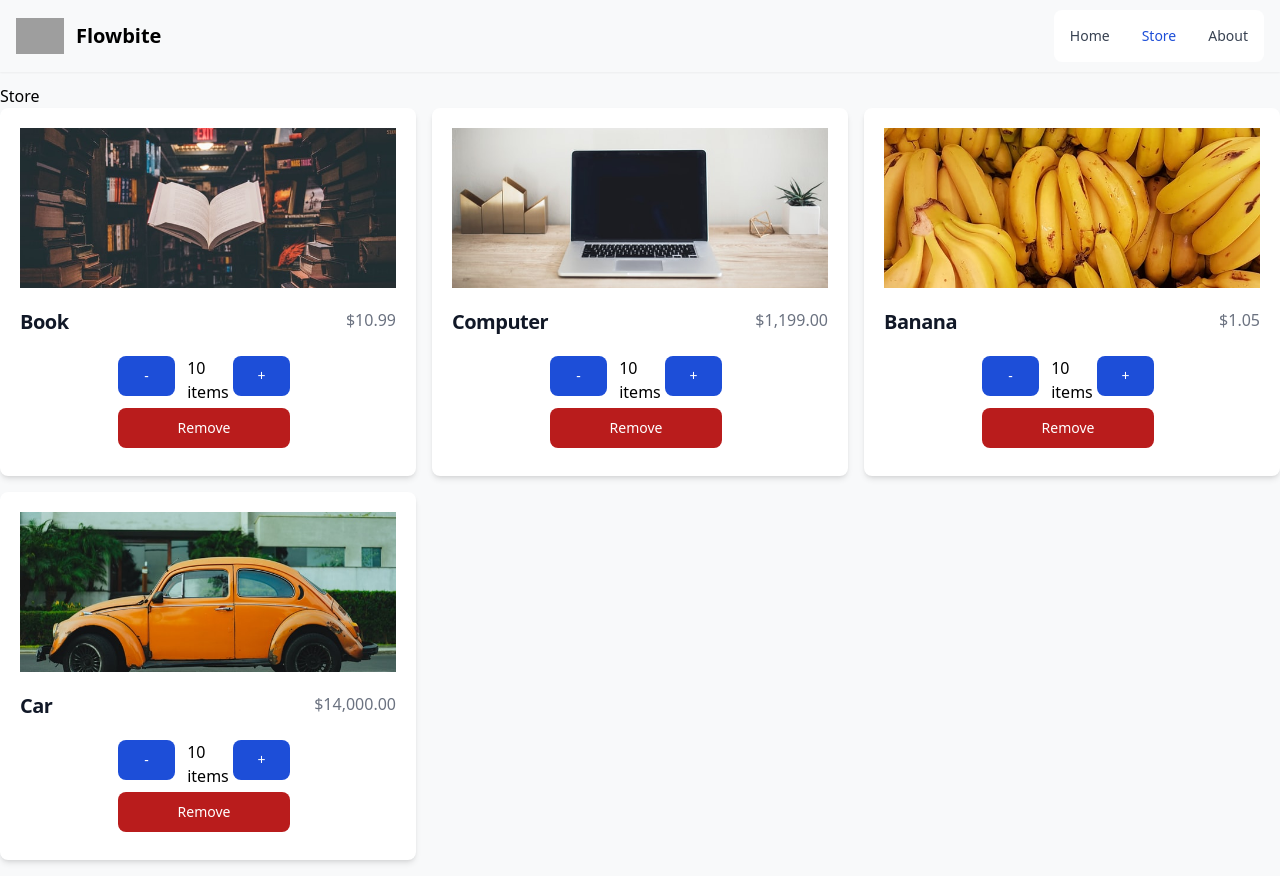
Repository: ducanhaep/react-ts-shopping-cart
Page: /store, after clicking the first element matching `button.text-white`
The author's editor kept a copy of each file at every save. The page is drawn from the files as they stood at one save, then again after the next save.
The browser window is 1280 px wide. The pictures show the whole page.
Pictures or frames that could not be fetched are drawn as grey boxes. The project was rebuilt for these pictures with package versions that can differ from the ones it lists, and the page was loaded fresh each time. Also part of the build but not shown: vite.config.ts, src/pages/About.js, src/pages/Home.js.

Above is the page before, as saved 2023-01-11 20:05:48.

After the next save:
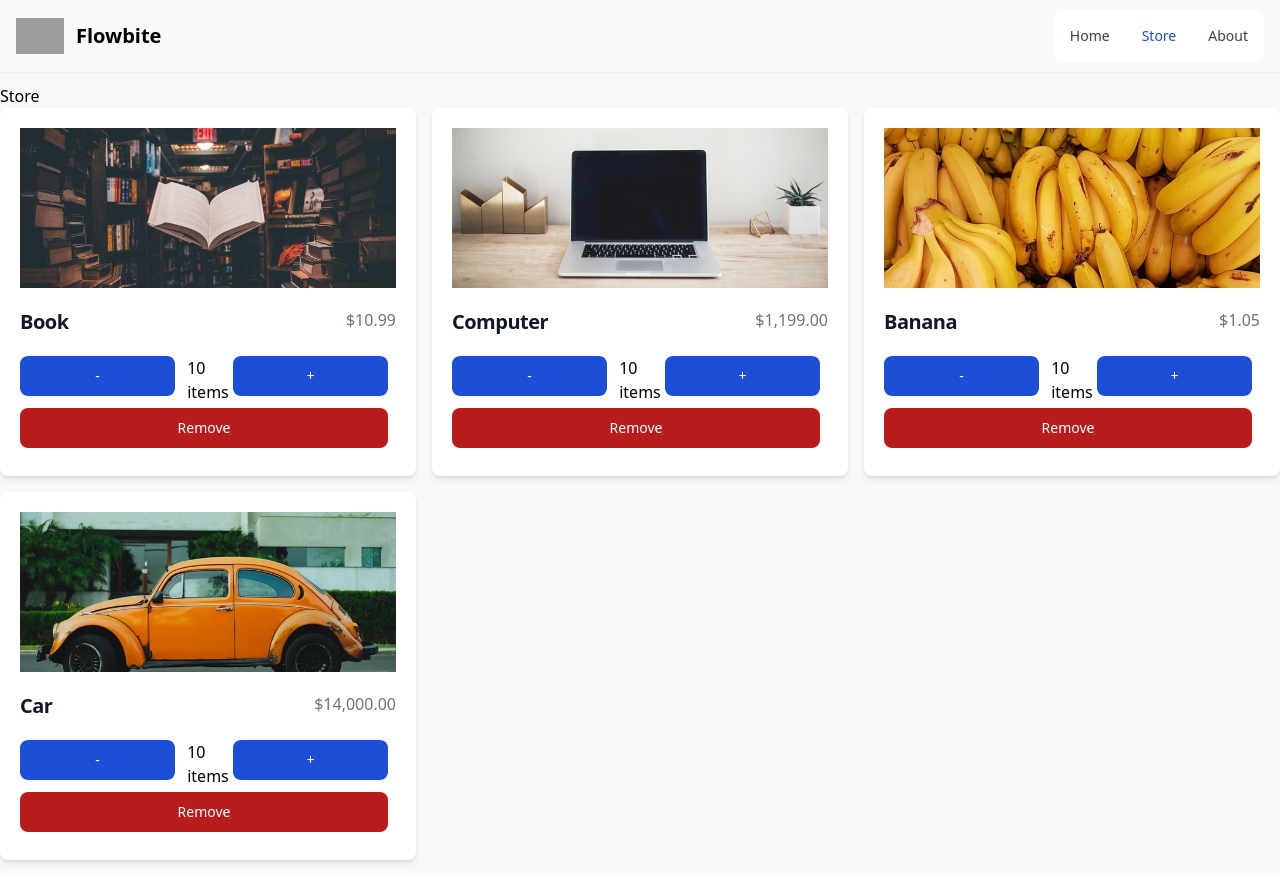
Saved 38 s later.
--- a/src/components/StoreItem.tsx
+++ b/src/components/StoreItem.tsx
@@ -38,7 +38,7 @@ export function StoreItem({ id, name, price, imgUrl }: StoreItemProps) {
               + Add To Cart
             </button>
           ) : (
-            <div className="flex flex-col justify-center gap-1">
+            <div className="flex flex-col justify-center gap-1 w-full">
               <div className="flex justify-center gap-1">
                 <button
                   type="button"
